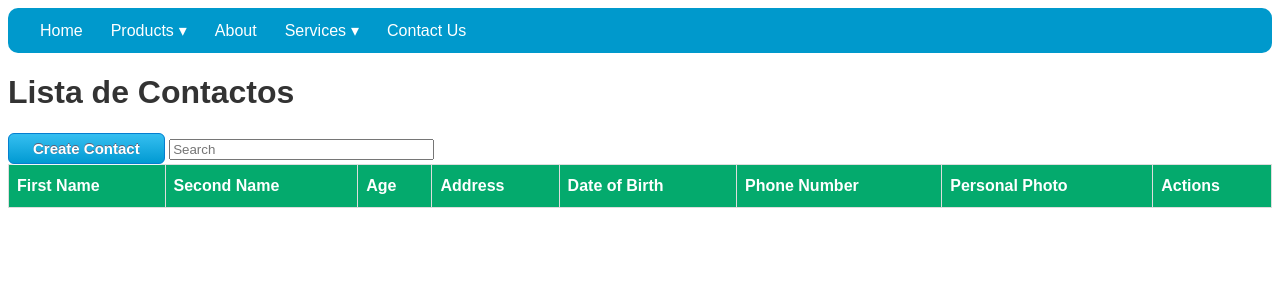
Repository: fgala1619/frontSistGestionBank
Page: index.html
An editor plug-in stored every save of this project. The page is shown before and after the next save, followed by the edit.
The browser window is 1280 px wide. The pictures show the whole page.
The page's requests for data from a server got no answer.

Above is the page before, as saved 2023-07-27 20:55:05.

After the next save:
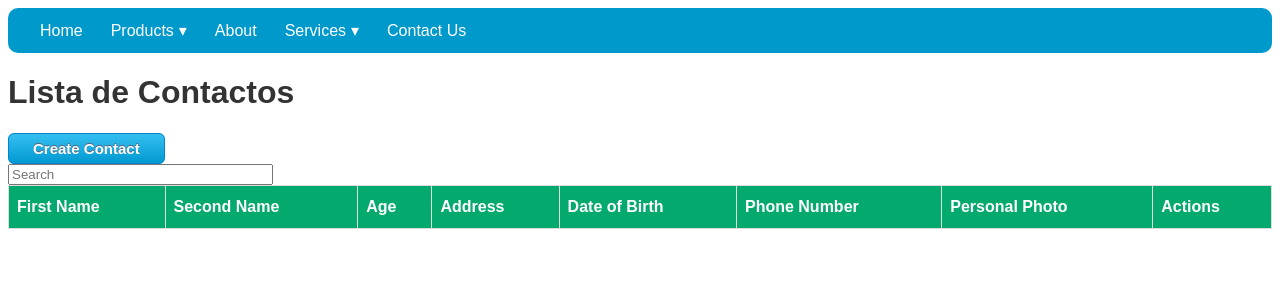
Saved 45 s later.
--- a/index.html
+++ b/index.html
@@ -33,7 +33,11 @@
 
 <a onclick="agregar()" href="#" class="myButton">Create Contact</a>
 
-<input id="txtBuscar" type="text" placeholder="Search" size="30" /><br/>
+<div class="container">
+  <input id="txtBuscar" type="text" placeholder="Search" size="30" /><br/>
+</div>
+
+
 
 <table id="customers">
   <thead>
